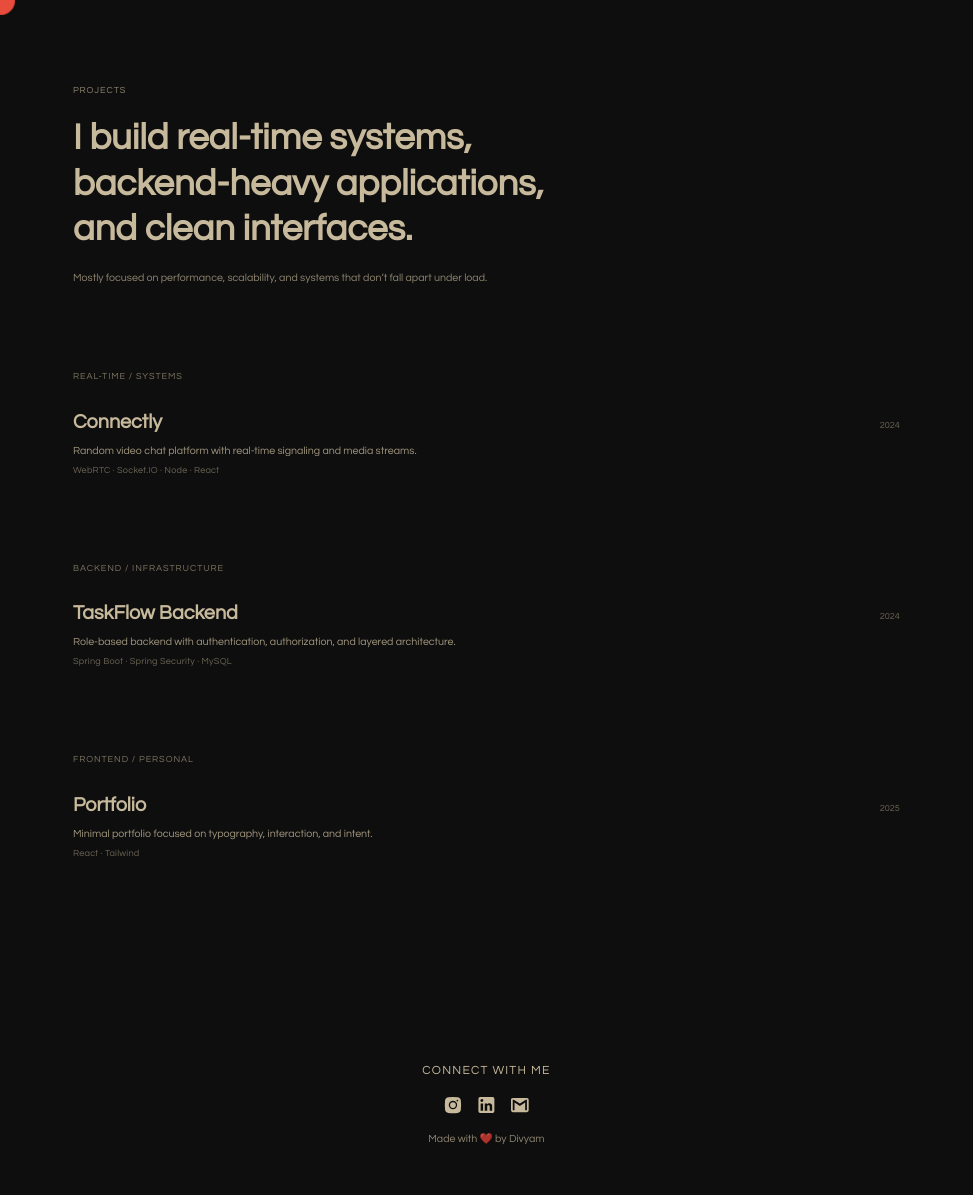
Repository: divyamGNH/DivyamPF
Page: /projects
These files come from the project's save history. The page is drawn as it stood at one moment and after the next save; the edit follows.
The browser window is 1280 px wide. The pictures show the whole page, at 76% of full size.
The project was rebuilt for these pictures with package versions that can differ from the ones it lists, and the page was loaded fresh each time. Also part of the build but not shown: vite.config.js, src/App.css, src/components/MaskLayer.jsx, src/pages/Landing.jsx, src/pages/topProjects.jsx, src/pages/Socials.jsx, src/pages/Navigations.jsx, src/animations/ScrolltoAnimate.jsx and 5 more.

Above is the page before, as saved 2025-12-21 03:00:20.

### index.html
<!doctype html>
<html lang="en">
  <head>
    <meta charset="UTF-8" />
    <meta name="viewport" content="width=device-width, initial-scale=1.0" />
    <title>DivyamPF</title>
    <link href="https://fonts.googleapis.com/css2?family=Poppins:wght@100..900&family=Questrial&display=swap" rel="stylesheet">
  </head>
  <body>
    <div id="root"></div>
    <script type="module" src="/src/main.jsx"></script>
  </body>
</html>

### src/App.jsx
import { BrowserRouter as Router, Routes, Route } from "react-router-dom";
import "./App.css";

import Home from "./pages/Home";
// import { MouseProvider } from "./Context/MouseContext.jsx";
import About from "./pages/About.jsx";
import Projects from "./pages/Projects.jsx";

import useMouseTracking from "./Hooks/useMouseTracking.js";
import CursorFollower from "./components/CursorFollower.jsx";
import Footer from "./pages/Footer.jsx";

function App() {

  useMouseTracking();

  return (
      <Router>
        <CursorFollower/>

        <Routes>
          <Route path="/" element={<Home />} />
          <Route path="/about" element={<About />} />
          <Route path="/projects" element={<Projects/>} />
          {/* <Route path="/contact" element={<Contact />} /> */}
        </Routes>

        <Footer/>
      </Router>

  );
}

export default App;

### src/index.css
@import url('https://fonts.googleapis.com/css2?family=Poppins:wght@100..900&family=Questrial&display=swap');
@import "tailwindcss";

body {
  margin: 0;
  background-color: #0E0E0E;
  font-family: 'Questrial', sans-serif;
}

### src/pages/Projects.jsx
function Projects() {
  return (
    <div className="min-h-[100svh] bg-[#0E0E0E] text-[#C7B99B] font-[Questrial] px-6 sm:px-12 md:px-24 pt-28 pb-32">

      {/* INTRO */}
      <div className="max-w-2xl mb-28">
        <p className="tracking-widest text-xs mb-6 opacity-70">
          PROJECTS
        </p>

        <h1 className="font-extrabold text-[36px] sm:text-[48px] leading-tight mb-6">
          I build real-time systems,
          backend-heavy applications,
          and clean interfaces.
        </h1>

        <p className="text-sm opacity-70">
          Mostly focused on performance, scalability, and systems that
          don’t fall apart under load.
        </p>
      </div>

      {/* SECTION 1 */}
      <section className="mb-24">
        <p className="text-xs tracking-widest mb-8 opacity-60">
          REAL-TIME / SYSTEMS
        </p>

        <Project
          title="Connectly"
          description="Random video chat platform with real-time signaling and media streams."
          stack="WebRTC · Socket.IO · Node · React"
          year="2024"
        />
      </section>

      {/* SECTION 2 */}
      <section className="mb-24">
        <p className="text-xs tracking-widest mb-8 opacity-60">
          BACKEND / INFRASTRUCTURE
        </p>

        <Project
          title="TaskFlow Backend"
          description="Role-based backend with authentication, authorization, and layered architecture."
          stack="Spring Boot · Spring Security · MySQL"
          year="2024"
        />
      </section>

      {/* SECTION 3 */}
      <section>
        <p className="text-xs tracking-widest mb-8 opacity-60">
          FRONTEND / PERSONAL
        </p>

        <Project
          title="Portfolio"
          description="Minimal portfolio focused on typography, interaction, and intent."
          stack="React · Tailwind"
          year="2025"
        />
      </section>
    </div>
  );
}

function Project({ title, description, stack, year }) {
  return (
    <div className="group mb-14">
      <div className="flex items-baseline justify-between mb-2">
        <h2 className="font-semibold text-[22px] sm:text-[26px]">
          {title}
        </h2>
        <span className="text-xs opacity-50">
          {year}
        </span>
      </div>

      <p className="text-sm opacity-80 mb-2 max-w-xl">
        {description}
      </p>

      <p className="text-xs tracking-wide opacity-50">
        {stack}
      </p>

      {/* underline */}
      <div className="h-[1px] w-0 bg-[#E74C3C] mt-4 transition-all duration-300 group-hover:w-20" />
    </div>
  );
}

export default Projects;

### src/Hooks/useMouseTracking.js
import {useEffect} from "react";
import useMouseStore from "../Store/useMouseStore";

const useMouseTracking = ()=>{
    const setPosition = useMouseStore(state => state.setPosition);

    useEffect(()=>{
        const handleMouseMove = (e) => {
            setPosition(e.clientX, e.clientY);
        };

        window.addEventListener('mousemove', handleMouseMove);

        return () => {
            window.removeEventListener('mousemove', handleMouseMove);
        };
    },[setPosition]);
}

export default useMouseTracking;

### src/components/CursorFollower.jsx
import { motion } from 'framer-motion';
import useMouseStore from '../Store/useMouseStore.js';

const CursorFollower = () => {
  const x = useMouseStore(state => state.x);
  const y = useMouseStore(state => state.y);

  return (
    <>
      <motion.div
        className="cursor-circle"
        style={{
          position: 'fixed',
          width: '40px',
          height: '40px',
          borderRadius: '50%',
          backgroundColor: '#E74C3C',
          pointerEvents: 'none',
          zIndex: 1,
          // mixBlendMode: 'difference',
        }}
        animate={{
          left: x - 20,
          top: y - 20,
        }}
        transition={{
          type: 'spring',
          stiffness: 500,
          damping: 28,
          mass: 0.5,
        }}
      />
    </>
  );
};

export default CursorFollower;

### src/pages/Footer.jsx
function Footer() {
  return (
    <div
      id="footer"
      className="relative w-full max-w-full overflow-x-hidden bg-[#0E0E0E] text-[#C7B99B] py-16 z-1000"
    >
      <div className="flex flex-col items-center text-center gap-5">

        {/* TITLE */}
        <p className="tracking-widest text-md sm:text-base">
          CONNECT WITH ME
        </p>

        {/* SOCIAL ICONS */}
        <div className="flex items-center gap-4">
          <a href="https://www.instagram.com/divvvvvyam/" className="hover:opacity-80 transition" target="_blank" rel="noopener noreferrer">
            <img src="./instaIcon.svg" alt="Instagram" className="w-7 h-7" />
          </a>

          <a href="https://www.linkedin.com/in/divyam-khandelwal-b54594338/" className="hover:opacity-80 transition" target="_blank" rel="noopener noreferrer">
            <img src="./linkedinIcon.svg" alt="LinkedIn" className="w-7 h-7" />
          </a>

          <a href="https://mail.google.com/mail/?view=cm&fs=1&to=divyamproff1521@gmail.com" target="_blank" rel="noopener noreferrer" className="hover:opacity-80 transition">
            <img src="./gmailIcon.svg" alt="Email" className="w-7 h-7" />
          </a>

        </div>

        {/* FOOTER NOTE */}
        <p className="text-sm opacity-70">
          Made with ❤️ by Divyam
        </p>

      </div>
    </div>
  );
}

export default Footer;

### src/Store/useMouseStore.js
import { create } from "zustand";

const useMouseStore = create((set) => ({
  // State
  x: 0,
  y: 0,
  hover: false,   // NEW BOOLEAN STATE

  // Actions
  setPosition: (x, y) => set({ x, y }),
  setHover: (value) => set({ hover: value }),  // NEW ACTION
  setMouse:(x,y) => set({x,y}),
}));

export default useMouseStore;

Loaded but not shown: src/main.jsx (common file)

After the next save:
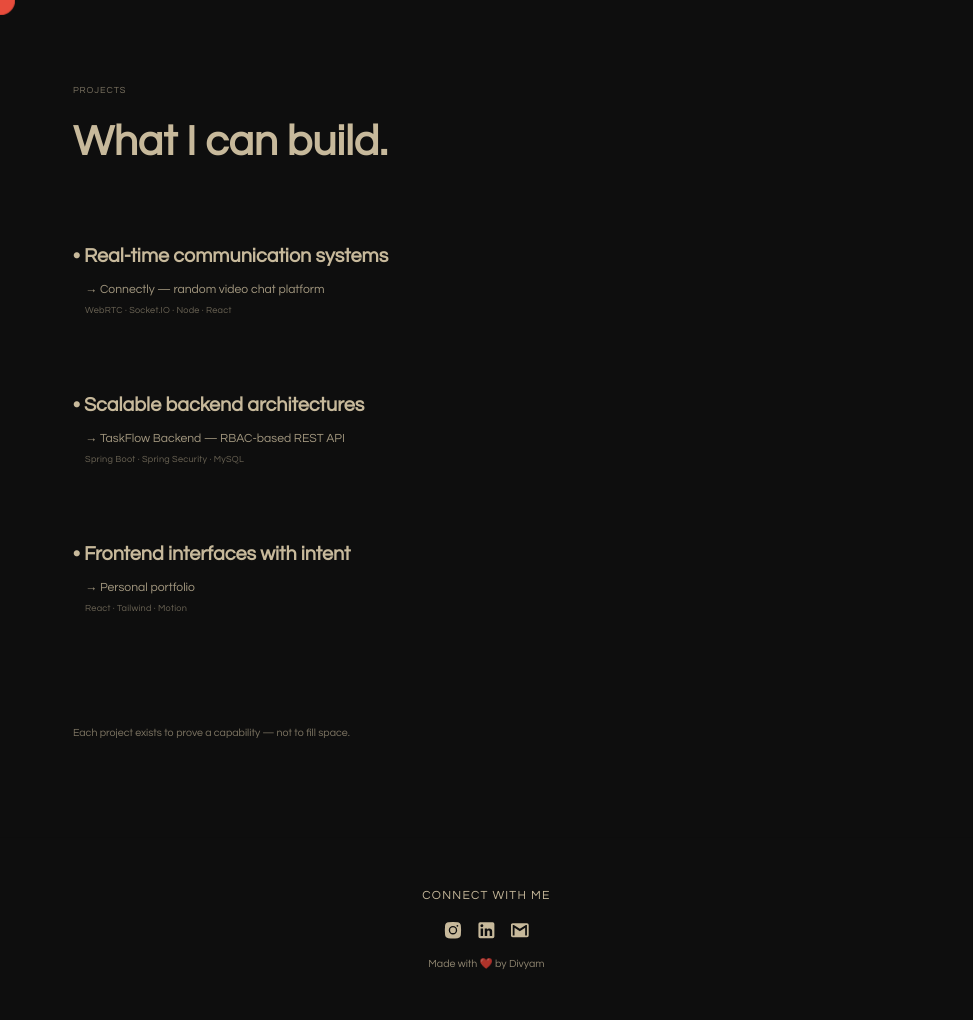
Saved 6 min 28 s later.
--- a/src/pages/Projects.jsx
+++ b/src/pages/Projects.jsx
@@ -2,91 +2,72 @@ function Projects() {
   return (
     <div className="min-h-[100svh] bg-[#0E0E0E] text-[#C7B99B] font-[Questrial] px-6 sm:px-12 md:px-24 pt-28 pb-32">
 
-      {/* INTRO */}
-      <div className="max-w-2xl mb-28">
-        <p className="tracking-widest text-xs mb-6 opacity-70">
+      {/* TITLE */}
+      <div className="mb-24">
+        <p className="tracking-widest text-xs mb-6 opacity-60">
           PROJECTS
         </p>
 
-        <h1 className="font-extrabold text-[36px] sm:text-[48px] leading-tight mb-6">
-          I build real-time systems,
-          backend-heavy applications,
-          and clean interfaces.
+        <h1 className="font-extrabold text-[40px] sm:text-[56px] leading-tight max-w-2xl">
+          What I can build.
         </h1>
+      </div>
 
-        <p className="text-sm opacity-70">
-          Mostly focused on performance, scalability, and systems that
-          don’t fall apart under load.
+      {/* CLAIMS */}
+      <div className="space-y-20 max-w-3xl">
+
+        <Claim
+          claim="Real-time communication systems"
+          proof="Connectly — random video chat platform"
+          stack="WebRTC · Socket.IO · Node · React"
+        />
+
+        <Claim
+          claim="Scalable backend architectures"
+          proof="TaskFlow Backend — RBAC-based REST API"
+          stack="Spring Boot · Spring Security · MySQL"
+        />
+
+        <Claim
+          claim="Frontend interfaces with intent"
+          proof="Personal portfolio"
+          stack="React · Tailwind · Motion"
+        />
+
+      </div>
+
+      {/* CLOSING LINE */}
+      <div className="mt-32 max-w-md">
+        <p className="text-sm opacity-60">
+          Each project exists to prove a capability —
+          not to fill space.
         </p>
       </div>
-
-      {/* SECTION 1 */}
-      <section className="mb-24">
-        <p className="text-xs tracking-widest mb-8 opacity-60">
-          REAL-TIME / SYSTEMS
-        </p>
-
-        <Project
-          title="Connectly"
-          description="Random video chat platform with real-time signaling and media streams."
-          stack="WebRTC · Socket.IO · Node · React"
-          year="2024"
-        />
-      </section>
-
-      {/* SECTION 2 */}
-      <section className="mb-24">
-        <p className="text-xs tracking-widest mb-8 opacity-60">
-          BACKEND / INFRASTRUCTURE
-        </p>
-
-        <Project
-          title="TaskFlow Backend"
-          description="Role-based backend with authentication, authorization, and layered architecture."
-          stack="Spring Boot · Spring Security · MySQL"
-          year="2024"
-        />
-      </section>
-
-      {/* SECTION 3 */}
-      <section>
-        <p className="text-xs tracking-widest mb-8 opacity-60">
-          FRONTEND / PERSONAL
-        </p>
-
-        <Project
-          title="Portfolio"
-          description="Minimal portfolio focused on typography, interaction, and intent."
-          stack="React · Tailwind"
-          year="2025"
-        />
-      </section>
     </div>
   );
 }
 
-function Project({ title, description, stack, year }) {
+function Claim({ claim, proof, stack }) {
   return (
-    <div className="group mb-14">
-      <div className="flex items-baseline justify-between mb-2">
-        <h2 className="font-semibold text-[22px] sm:text-[26px]">
-          {title}
-        </h2>
-        <span className="text-xs opacity-50">
-          {year}
-        </span>
-      </div>
+    <div className="group">
 
-      <p className="text-sm opacity-80 mb-2 max-w-xl">
-        {description}
+      {/* CLAIM */}
+      <h2 className="text-[22px] sm:text-[26px] font-semibold mb-3">
+        • {claim}
+      </h2>
+
+      {/* PROOF */}
+      <p className="text-sm sm:text-base opacity-80 ml-4 mb-2">
+        → {proof}
       </p>
 
-      <p className="text-xs tracking-wide opacity-50">
+      {/* STACK */}
+      <p className="text-xs tracking-wide opacity-50 ml-4">
         {stack}
       </p>
 
-      {/* underline */}
-      <div className="h-[1px] w-0 bg-[#E74C3C] mt-4 transition-all duration-300 group-hover:w-20" />
+      {/* ACCENT */}
+      <div className="h-[1px] w-0 bg-[#E74C3C] mt-4 ml-4 transition-all duration-300 group-hover:w-24" />
     </div>
   );
 }
